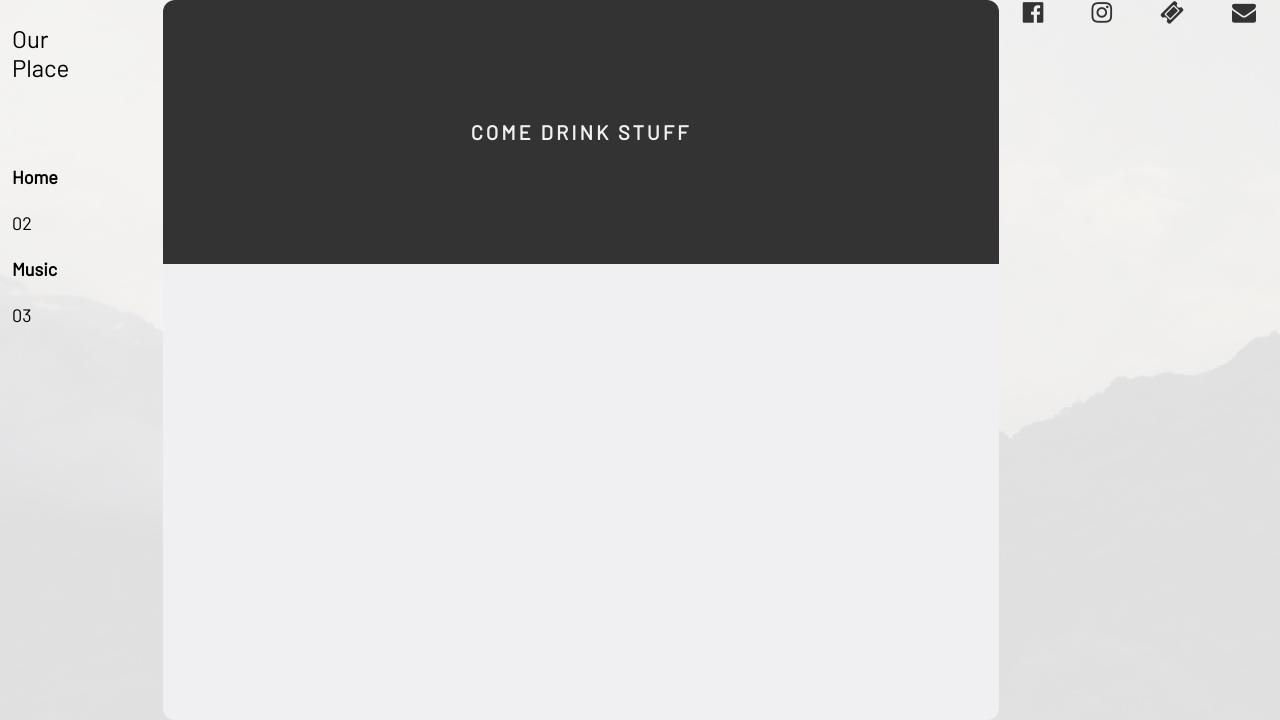
Repository: meghan-kradolfer/our-space-v1
Page: /
The author's editor kept a copy of each file at every save. The page is drawn from the files as they stood at one save, then again after the next save.
The browser window is 1280 px wide. The pictures show the whole page.
The project was rebuilt for these pictures with package versions that can differ from the ones it lists, and the page was loaded fresh each time. Also part of the build but not shown: src/containers/music/index.js.

Above is the page before, as saved 2017-11-17 09:05:04.

### public/index.html
<!doctype html>
<html lang="en">
<head>
    <meta charSet="utf-8" />
     <meta charset="utf-8">
    <meta name="viewport" content="width=device-width, initial-scale=1, shrink-to-fit=no">
    <meta name="theme-color" content="#000000">

    <title>Our Place</title>

    <link rel="apple-touch-icon" href="%PUBLIC_URL%/favicon.ico"/>
    <link rel="apple-touch-icon" sizes="76x76" href="%PUBLIC_URL%/favicon.ico"/>
    <link rel="apple-touch-icon" sizes="120x120" href="%PUBLIC_URL%/favicon.ico"/>
    <link rel="apple-touch-icon" sizes="152x152" href="%PUBLIC_URL%/favicon.ico"/>
    <link rel="apple-touch-icon" sizes="180x180" href="%PUBLIC_URL%/favicon.ico"/>
    <link rel="icon" sizes="192x192" href="%PUBLIC_URL%/favicon.ico"/>
    <link rel="shortcut icon" sizes="76x76" type="image/x-icon" href="%PUBLIC_URL%/favicon.ico"/>
    <link rel="mask-icon" href="%PUBLIC_URL%/favicon.ico" color="#000000"/>


    <meta name="description" content="Our Place"/>

    <meta property="og:site_name" content="Our Place"/>
    <meta property="og:title" content="Our Place"/>
    <meta property="og:description" content="Our Place"/>
    <meta property="og:type" content="website"/>
    <meta property="og:url" content="#"/>
    <meta property="og:image" content="#"/>
    <meta property="og:locale" content="en_NZ"/>

    <meta name="twitter:title" content="Our Place"/>
    <meta name="twitter:description" content="Our Place"/>
    <meta name="twitter:card" content="summary"/>
    <meta name="twitter:app:name:iphone" content="Our Place"/>
    <meta name="twitter:app:name:ipad" content="Our Place"/>
    <meta name="twitter:app:name:googleplay" content="Our Place"/>

    <link href="https://maxcdn.bootstrapcdn.com/font-awesome/4.7.0/css/font-awesome.min.css" rel="stylesheet" />

   <link href="https://fonts.googleapis.com/css?family=Crimson+Text:400,400i,600,600i,700" rel="stylesheet" />
   <link href="https://fonts.googleapis.com/css?family=Barlow" rel="stylesheet">

</head>
<body>
 <noscript>
      You need to enable JavaScript to run this app.
    </noscript>
<div id="root"></div>
</body>
</html>

### src/index.js
import React from 'react';
import ReactDOM from 'react-dom';
import {BrowserRouter as Router} from 'react-router-dom'
import './index.css';
import App from './containers/app'
import registerServiceWorker from './registerServiceWorker';

ReactDOM.render(<Router><App /></Router>, document.getElementById('root'));
registerServiceWorker();

### src/index.css
@keyframes bubble {
  100% {
    -webkit-transform: translate(-1px, 2px);
    -moz-transform: translate(-1px, 2px);
    -ms-transform: translate(-1px, 2px);
    -o-transform: translate(-1px, 2px);
    transform: translate(-1px, 2px); }
  75% {
    -webkit-transform: translate(3px, -2px);
    -moz-transform: translate(3px, -2px);
    -ms-transform: translate(3px, -2px);
    -o-transform: translate(3px, -2px);
    transform: translate(3px, -2px); }
  50% {
    -webkit-transform: translate(-1px, 1px);
    -moz-transform: translate(-1px, 1px);
    -ms-transform: translate(-1px, 1px);
    -o-transform: translate(-1px, 1px);
    transform: translate(-1px, 1px); }
  25% {
    -webkit-transform: translate(1px, 2px);
    -moz-transform: translate(1px, 2px);
    -ms-transform: translate(1px, 2px);
    -o-transform: translate(1px, 2px);
    transform: translate(1px, 2px); }
  0% {
    -webkit-transform: translate(-1px, -2px);
    -moz-transform: translate(-1px, -2px);
    -ms-transform: translate(-1px, -2px);
    -o-transform: translate(-1px, -2px);
    transform: translate(-1px, -2px); } }

@-webkit-keyframes bubble {
  100% {
    -webkit-transform: translate(-1px, 2px);
    -moz-transform: translate(-1px, 2px);
    -ms-transform: translate(-1px, 2px);
    -o-transform: translate(-1px, 2px);
    transform: translate(-1px, 2px); }
  75% {
    -webkit-transform: translate(3px, -2px);
    -moz-transform: translate(3px, -2px);
    -ms-transform: translate(3px, -2px);
    -o-transform: translate(3px, -2px);
    transform: translate(3px, -2px); }
  50% {
    -webkit-transform: translate(-1px, 1px);
    -moz-transform: translate(-1px, 1px);
    -ms-transform: translate(-1px, 1px);
    -o-transform: translate(-1px, 1px);
    transform: translate(-1px, 1px); }
  25% {
    -webkit-transform: translate(1px, 2px);
    -moz-transform: translate(1px, 2px);
    -ms-transform: translate(1px, 2px);
    -o-transform: translate(1px, 2px);
    transform: translate(1px, 2px); }
  0% {
    -webkit-transform: translate(-1px, -2px);
    -moz-transform: translate(-1px, -2px);
    -ms-transform: translate(-1px, -2px);
    -o-transform: translate(-1px, -2px);
    transform: translate(-1px, -2px); } }

@keyframes bubblebubble {
  50% {
    -webkit-transform: translate(0px, -130px);
    -moz-transform: translate(0px, -130px);
    -ms-transform: translate(0px, -130px);
    -o-transform: translate(0px, -130px);
    transform: translate(0px, -130px);
    opacity: 0; }
  40% {
    -webkit-transform: translate(3px, -90px);
    -moz-transform: translate(3px, -90px);
    -ms-transform: translate(3px, -90px);
    -o-transform: translate(3px, -90px);
    transform: translate(3px, -90px);
    opacity: 0.4; }
  30% {
    -webkit-transform: translate(-3px, -60px);
    -moz-transform: translate(-3px, -60px);
    -ms-transform: translate(-3px, -60px);
    -o-transform: translate(-3px, -60px);
    transform: translate(-3px, -60px);
    opacity: 0.6; }
  100% {
    opacity: 0;
    -webkit-transform: translate(0px, 0px);
    -moz-transform: translate(0px, 0px);
    -ms-transform: translate(0px, 0px);
    -o-transform: translate(0px, 0px);
    transform: translate(0px, 0px); }
  90% {
    -webkit-transform: translate(0px, -130px);
    -moz-transform: translate(0px, -130px);
    -ms-transform: translate(0px, -130px);
    -o-transform: translate(0px, -130px);
    transform: translate(0px, -130px);
    opacity: 0; }
  20% {
    -webkit-transform: translate(4px, -40px);
    -moz-transform: translate(4px, -40px);
    -ms-transform: translate(4px, -40px);
    -o-transform: translate(4px, -40px);
    transform: translate(4px, -40px);
    opacity: 0.7; }
  10% {
    -webkit-transform: translate(-4px, -20px);
    -moz-transform: translate(-4px, -20px);
    -ms-transform: translate(-4px, -20px);
    -o-transform: translate(-4px, -20px);
    transform: translate(-4px, -20px);
    opacity: 0.8; }
  0% {
    -webkit-transform: translate(0px, 0px);
    -moz-transform: translate(0px, 0px);
    -ms-transform: translate(0px, 0px);
    -o-transform: translate(0px, 0px);
    transform: translate(0px, 0px);
    opacity: 0.9; } }

@-webkit-keyframes bubblebubble {
  50% {
    -webkit-transform: translate(0px, -130px);
    -moz-transform: translate(0px, -130px);
    -ms-transform: translate(0px, -130px);
    -o-transform: translate(0px, -130px);
    transform: translate(0px, -130px);
    opacity: 0; }
  40% {
    -webkit-transform: translate(3px, -90px);
    -moz-transform: translate(3px, -90px);
    -ms-transform: translate(3px, -90px);
    -o-transform: translate(3px, -90px);
    transform: translate(3px, -90px);
    opacity: 0.4; }
  30% {
    -webkit-transform: translate(-3px, -60px);
    -moz-transform: translate(-3px, -60px);
    -ms-transform: translate(-3px, -60px);
    -o-transform: translate(-3px, -60px);
    transform: translate(-3px, -60px);
    opacity: 0.6; }
  100% {
    opacity: 0;
    -webkit-transform: translate(0px, 0px);
    -moz-transform: translate(0px, 0px);
    -ms-transform: translate(0px, 0px);
    -o-transform: translate(0px, 0px);
    transform: translate(0px, 0px); }
  90% {
    -webkit-transform: translate(0px, -130px);
    -moz-transform: translate(0px, -130px);
    -ms-transform: translate(0px, -130px);
    -o-transform: translate(0px, -130px);
    transform: translate(0px, -130px);
    opacity: 0; }
  20% {
    -webkit-transform: translate(4px, -40px);
    -moz-transform: translate(4px, -40px);
    -ms-transform: translate(4px, -40px);
    -o-transform: translate(4px, -40px);
    transform: translate(4px, -40px);
    opacity: 0.7; }
  10% {
    -webkit-transform: translate(-4px, -20px);
    -moz-transform: translate(-4px, -20px);
    -ms-transform: translate(-4px, -20px);
    -o-transform: translate(-4px, -20px);
    transform: translate(-4px, -20px);
    opacity: 0.8; }
  0% {
    -webkit-transform: translate(0px, 0px);
    -moz-transform: translate(0px, 0px);
    -ms-transform: translate(0px, 0px);
    -o-transform: translate(0px, 0px);
    transform: translate(0px, 0px);
    opacity: 0.9; } }

/* ==========================================================================
   Normalize.scss settings
   ========================================================================== */
/**
 * Includes legacy browser support IE6/7
 *
 * Set to false if you want to drop support for IE6 and IE7
 */
/* Base
   ========================================================================== */
/**
 * 1. Set default font family to sans-serif.
 * 2. Prevent iOS and IE text size adjust after device orientation change,
 *    without disabling user zoom.
 * 3. Corrects text resizing oddly in IE 6/7 when body `font-size` is set using
 *  `em` units.
 */
html {
  font-family: sans-serif;
  /* 1 */
  -ms-text-size-adjust: 100%;
  /* 2 */
  -webkit-text-size-adjust: 100%;
  /* 2 */ }

/**
 * Remove default margin.
 */
body {
  margin: 0; }

/* HTML5 display definitions
   ========================================================================== */
/**
 * Correct `block` display not defined for any HTML5 element in IE 8/9.
 * Correct `block` display not defined for `details` or `summary` in IE 10/11
 * and Firefox.
 * Correct `block` display not defined for `main` in IE 11.
 */
article,
aside,
details,
figcaption,
figure,
footer,
header,
hgroup,
main,
menu,
nav,
section,
summary {
  display: block; }

/**
 * 1. Correct `inline-block` display not defined in IE 6/7/8/9 and Firefox 3.
 * 2. Normalize vertical alignment of `progress` in Chrome, Firefox, and Opera.
 */
audio,
canvas,
progress,
video {
  display: inline-block;
  /* 1 */
  vertical-align: baseline;
  /* 2 */ }

/**
 * Prevents modern browsers from displaying `audio` without controls.
 * Remove excess height in iOS 5 devices.
 */
audio:not([controls]) {
  display: none;
  height: 0; }

/**
 * Address `[hidden]` styling not present in IE 8/9/10.
 * Hide the `template` element in IE 8/9/10/11, Safari, and Firefox < 22.
 */
[hidden],
template {
  display: none; }

/* Links
   ========================================================================== */
/**
 * Remove the gray background color from active links in IE 10.
 */
a {
  background-color: transparent; }

/**
 * Improve readability of focused elements when they are also in an
 * active/hover state.
 */
a:active, a:hover {
  outline: 0; }

/* Text-level semantics
   ========================================================================== */
/**
 * Address styling not present in IE 8/9/10/11, Safari, and Chrome.
 */
abbr[title] {
  border-bottom: 1px dotted; }

/**
 * Address style set to `bolder` in Firefox 4+, Safari, and Chrome.
 */
b,
strong {
  font-weight: bold; }

/**
 * Address styling not present in Safari and Chrome.
 */
dfn {
  font-style: italic; }

/**
 * Address variable `h1` font-size and margin within `section` and `article`
 * contexts in Firefox 4+, Safari, and Chrome.
 */
h1 {
  font-size: 2em;
  margin: 0.67em 0; }

/**
 * Addresses styling not present in IE 8/9.
 */
mark {
  background: #ff0;
  color: #000; }

/**
 * Address inconsistent and variable font size in all browsers.
 */
small {
  font-size: 80%; }

/**
 * Prevent `sub` and `sup` affecting `line-height` in all browsers.
 */
sub,
sup {
  font-size: 75%;
  line-height: 0;
  position: relative;
  vertical-align: baseline; }

sup {
  top: -0.5em; }

sub {
  bottom: -0.25em; }

/* Embedded content
   ========================================================================== */
/**
 * 1. Remove border when inside `a` element in IE 8/9/10.
 * 2. Improves image quality when scaled in IE 7.
 */
img {
  border: 0; }

/**
 * Correct overflow not hidden in IE 9/10/11.
 */
svg:not(:root) {
  overflow: hidden; }

/* Grouping content
   ========================================================================== */
/**
 * Address margin not present in IE 8/9 and Safari.
 */
figure {
  margin: 1em 40px; }

/**
 * Address differences between Firefox and other browsers.
 */
hr {
  box-sizing: content-box;
  height: 0; }

/**
 * Contain overflow in all browsers.
 */
pre {
  overflow: auto; }

/**
 * Address odd `em`-unit font size rendering in all browsers.
 * Correct font family set oddly in IE 6, Safari 4/5, and Chrome.
 */
code,
kbd,
pre,
samp {
  font-family: monospace, monospace;
  font-size: 1em; }

/* Forms
   ========================================================================== */
/**
 * Known limitation: by default, Chrome and Safari on OS X allow very limited
 * styling of `select`, unless a `border` property is set.
 */
/**
 * 1. Correct color not being inherited.
 *  Known issue: affects color of disabled elements.
 * 2. Correct font properties not being inherited.
 * 3. Address margins set differently in Firefox 4+, Safari, and Chrome.
 * 4. Improves appearance and consistency in all browsers.
 */
button,
input,
optgroup,
select,
textarea {
  color: inherit;
  /* 1 */
  font: inherit;
  /* 2 */
  margin: 0;
  /* 3 */ }

/**
 * Address `overflow` set to `hidden` in IE 8/9/10/11.
 */
button {
  overflow: visible; }

/**
 * Address inconsistent `text-transform` inheritance for `button` and `select`.
 * All other form control elements do not inherit `text-transform` values.
 * Correct `button` style inheritance in Firefox, IE 8/9/10/11, and Opera.
 * Correct `select` style inheritance in Firefox.
 */
button,
select {
  text-transform: none; }

/**
 * 1. Avoid the WebKit bug in Android 4.0.* where (2) destroys native `audio`
 *  and `video` controls.
 * 2. Correct inability to style clickable `input` types in iOS.
 * 3. Improve usability and consistency of cursor style between image-type
 *  `input` and others.
 * 4. Removes inner spacing in IE 7 without affecting normal text inputs.
 *  Known issue: inner spacing remains in IE 6.
 */
button,
html input[type="button"],
input[type="reset"],
input[type="submit"] {
  -webkit-appearance: button;
  /* 2 */
  cursor: pointer;
  /* 3 */ }

/**
 * Re-set default cursor for disabled elements.
 */
button[disabled],
html input[disabled] {
  cursor: default; }

/**
 * Remove inner padding and border in Firefox 4+.
 */
button::-moz-focus-inner,
input::-moz-focus-inner {
  border: 0;
  padding: 0; }

/**
 * Address Firefox 4+ setting `line-height` on `input` using `!important` in
 * the UA stylesheet.
 */
input {
  line-height: normal; }

/**
 * 1. Address box sizing set to `content-box` in IE 8/9/10.
 * 2. Remove excess padding in IE 8/9/10.
 *  Known issue: excess padding remains in IE 6.
 */
input[type="checkbox"],
input[type="radio"] {
  box-sizing: border-box;
  /* 1 */
  padding: 0;
  /* 2 */ }

/**
 * Fix the cursor style for Chrome's increment/decrement buttons. For certain
 * `font-size` values of the `input`, it causes the cursor style of the
 * decrement button to change from `default` to `text`.
 */
input[type="number"]::-webkit-inner-spin-button,
input[type="number"]::-webkit-outer-spin-button {
  height: auto; }

/**
 * 1. Address `appearance` set to `searchfield` in Safari and Chrome.
 * 2. Address `box-sizing` set to `border-box` in Safari and Chrome.
 */
input[type="search"] {
  -webkit-appearance: textfield;
  /* 1 */
  box-sizing: content-box;
  /* 2 */ }

/**
 * Remove inner padding and search cancel button in Safari and Chrome on OS X.
 * Safari (but not Chrome) clips the cancel button when the search input has
 * padding (and `textfield` appearance).
 */
input[type="search"]::-webkit-search-cancel-button,
input[type="search"]::-webkit-search-decoration {
  -webkit-appearance: none; }

/**
 * Define consistent border, margin, and padding.
 */
fieldset {
  border: 1px solid #c0c0c0;
  margin: 0 2px;
  padding: 0.35em 0.625em 0.75em; }

/**
 * 1. Correct `color` not being inherited in IE 8/9/10/11.
 * 2. Remove padding so people aren't caught out if they zero out fieldsets.
 * 3. Corrects text not wrapping in Firefox 3.
 * 4. Corrects alignment displayed oddly in IE 6/7.
 */
legend {
  border: 0;
  /* 1 */
  padding: 0;
  /* 2 */ }

/**
 * Remove default vertical scrollbar in IE 8/9/10/11.
 */
textarea {
  overflow: auto; }

/**
 * Don't inherit the `font-weight` (applied by a rule above).
 * NOTE: the default cannot safely be changed in Chrome and Safari on OS X.
 */
optgroup {
  font-weight: bold; }

/* Tables
   ========================================================================== */
/**
 * Remove most spacing between table cells.
 */
table {
  border-collapse: collapse;
  border-spacing: 0; }

td,
th {
  padding: 0; }

a {
  color: inherit; }

* {
  box-sizing: border-box; }

html,
body {
  height: 100%;
  font-size: 12px; }

html {
  background-image: url("/assets/img/bg.jpg");
  background-size: cover; }

body {
  background-color: rgba(244, 244, 244, 0.9); }

img {
  max-width: 100%; }

.container {
  padding: 0;
  margin: 0;
  list-style: none;
  height: 100vh;
  -ms-box-orient: horizontal;
  display: flex;
  justify-content: space-around;
  flex-flow: row wrap;
  align-items: stretch; }

header {
  flex: 1;
  height: 100vh;
  overflow: scroll; }

main {
  font-family: "Barlow", sans-serif;
  flex: 6;
  height: 100vh;
  background: #F0F0F2;
  overflow: scroll;
  border-radius: 1rem; }

h1 {
  font-weight: 600;
  color: rgba(47, 47, 47, 0.98);
  text-transform: uppercase;
  font-size: 20px;
  letter-spacing: 3px;
  padding: 1rem;
  margin: 0; }

h2 {
  background-color: rgba(47, 47, 47, 0.98);
  font-weight: 600;
  color: #F0F0F2;
  text-transform: uppercase;
  font-size: 20px;
  letter-spacing: 3px;
  padding: 1rem;
  margin: 0; }

a {
  position: relative;
  text-decoration: none;
  color: inherit; }

.row {
  max-width: 80rem;
  margin: 0 auto; }

.col-12, .col-10, .col-9, .col-6, .col-4, .col-3 {
  display: inline-block;
  vertical-align: middle; }

.col-12 {
  width: 100%; }

.col-10 {
  width: 83.3%; }

.col-9 {
  width: 75%; }

.col-6 {
  width: 50%; }

.col-4 {
  width: 33.3%; }

.col-3 {
  width: 25%; }

.top-banner {
  background-color: rgba(47, 47, 47, 0.98); }
  .top-banner h1 {
    color: #F0F0F2;
    padding: 10rem 0;
    text-align: center; }

header {
  font-family: "Barlow", sans-serif;
  padding: 1rem 0;
  font-size: 1.5rem;
  padding: 0 1rem; }
  header .flex-item {
    display: flex;
    flex-direction: column; }
  header .logo {
    font-size: 2rem;
    padding: 2rem 0 5rem 0; }
  header .nav-item {
    flex-direction: column;
    color: rgba(47, 47, 47, 0.98);
    padding: 1rem 0;
    border-top: 1px solid rgba(47, 47, 47, 0.98);
    padding-bottom: 4rem; }
    header .nav-item:hover {
      color: #66857B;
      border-color: #66857B; }
  header strong {
    display: block; }

footer .social {
  text-align: center;
  color: rgba(47, 47, 47, 0.98); }
  footer .social i {
    font-size: 2rem;
    padding: 0 2rem;
    cursor: pointer; }
    footer .social i:hover {
      color: #66857B; }

### src/containers/app/index.js
import React from 'react';
import {Route, Link} from 'react-router-dom'
import Home from '../home'
import Music from '../music'
import Nav from '../../components/nav'
import Footer from '../../components/footer'
import tracker from '../../utils/google-analytics';


const App = () => (
  <div className="container">
    <Nav>
      <Link to="/">
        <h4>Home</h4>
        02
      </Link>
      <Link to="/music">
        <h4>Music</h4>
        03
      </Link>
    </Nav>
    <main>
      <Route exact path="/" component={tracker(Home)}/>
      <Route exact path="/music" component={tracker(Music)}/>
    </main>
    <Footer />
  </div>
);

export default App

### src/containers/home/index.js
import React from 'react'

const Home = props => (
  <div className="home">
   <div className="top-banner">
      <h1>Come Drink Stuff</h1>
   </div>
  </div>
);

export default Home;

### src/components/nav.js
import React from 'react'

class Nav extends React.Component {
  render() {
    return (
      <header>
        <div className="flex-item logo">
          Our <br/> Place
        </div>
        <nav className="flex-item">
          {this.props.children}
        </nav>
      </header>
    )
  }
}

export default Nav

### src/components/footer.js
import React from 'react'
import ReactGA from 'react-ga';

class Footer extends React.Component {
  render() {
    return (
      <footer>
        <div className="social">
      <ReactGA.OutboundLink
        eventLabel="Clicked Facebook link"
        to="https://www.facebook.com/events/2013944188890159/?acontext=%7B%22ref%22%3A%2229%22%2C%22ref_notif_type%22%3A%22plan_user_invited%22%2C%22action_history%22%3A%22null%22%7D&notif_id=1506919579574345&notif_t=plan_user_invited"
        target="_blank">
        <i className="fa fa-facebook-official" aria-hidden="true"></i>
      </ReactGA.OutboundLink>
       <ReactGA.OutboundLink
        eventLabel="Clicked Instagram link"
        to="https://www.instagram.com/comedrinkstuff/"
        target="_blank">
        <i className="fa fa-instagram" aria-hidden="true"></i>
      </ReactGA.OutboundLink>
      <ReactGA.OutboundLink
        eventLabel="Clicked Eventbrite link"
        to="https://www.eventbrite.com/e/come-drink-stuff-01-vulcan-brewers-tickets-38309428532"
        target="_blank">
        <i className="fa fa-ticket" aria-hidden="true"></i>
      </ReactGA.OutboundLink>
      <ReactGA.OutboundLink
        eventLabel="Clicked Email link"
        to="mailto:info@comedrinkstuff.com">
        <i className="fa fa-envelope" aria-hidden="true"></i>
      </ReactGA.OutboundLink>


    </div>
      </footer>
    )
  }
}

export default Footer

### src/utils/google-analytics.js
import React from 'react';
import ReactGA from 'react-ga';

ReactGA.initialize('UA-107493752-1');

const tracker = (WrappedComponent) => {
  const trackPage = (page) => {
    ReactGA.pageview(page);
  };

  const HOC = (props) => {
    const page = props.location.pathname;
    trackPage(page);

    return (
      <WrappedComponent {...props} />
    );
  };

  return HOC;
};

export default tracker;

Loaded but not shown: src/registerServiceWorker.js (common file)

After the next save:
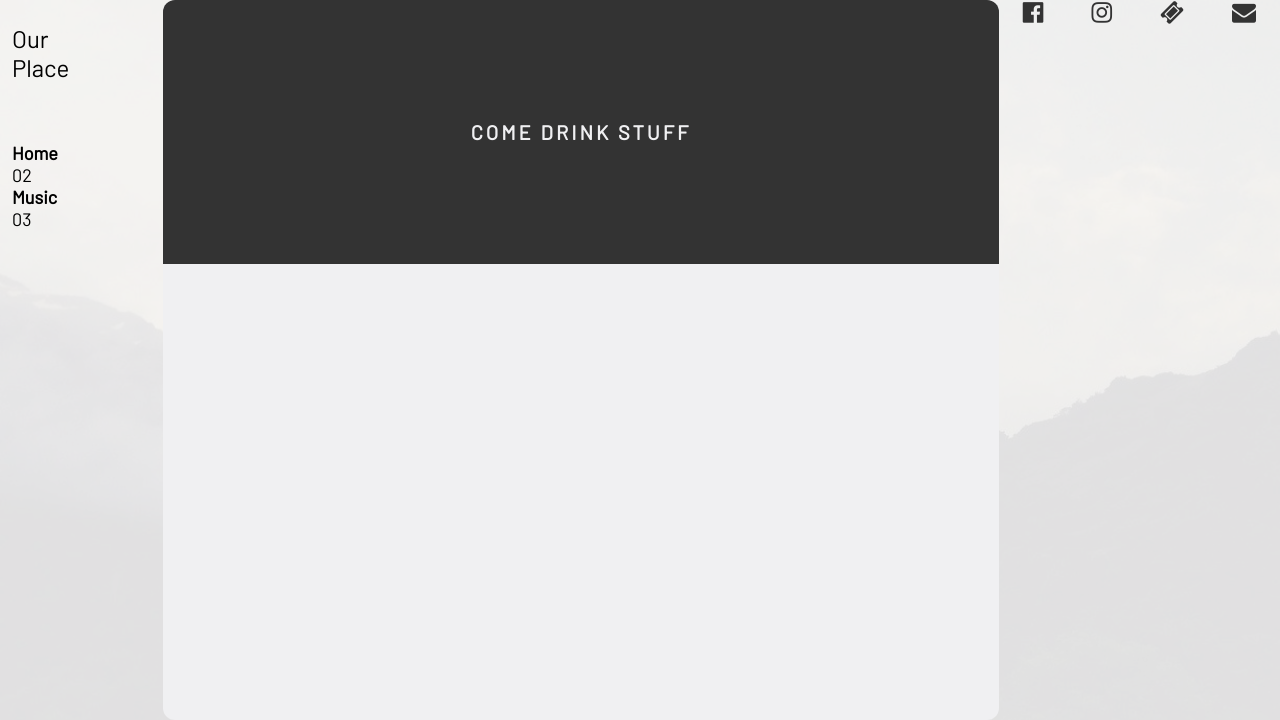
Saved 21 s later.
--- a/src/containers/app/index.js
+++ b/src/containers/app/index.js
@@ -11,11 +11,11 @@ const App = () => (
   <div className="container">
     <Nav>
       <Link to="/">
-        <h4>Home</h4>
+        <strong>Home</strong>
         02
       </Link>
       <Link to="/music">
-        <h4>Music</h4>
+        <strong>Music</strong>
         03
       </Link>
     </Nav>
